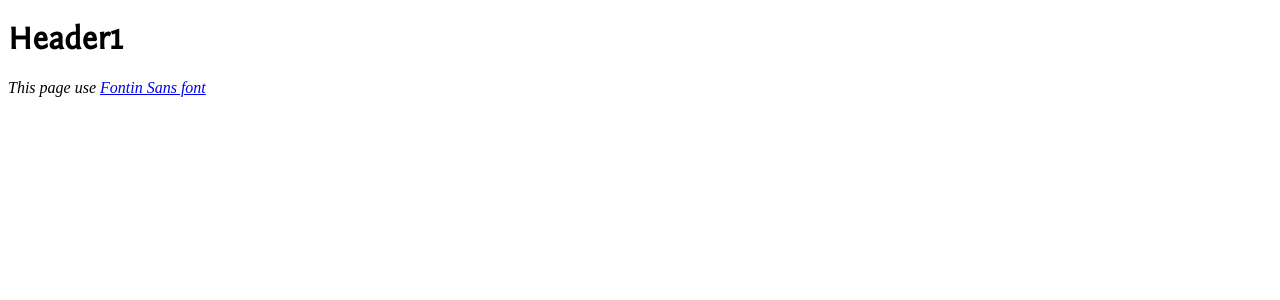
Repository: lixinso/html5
Page: workspace/CSS3/WebContent/text_styles/text-local-font.html
The author's editor kept a copy of each file at every save. The page is drawn from the files as they stood at one save, then again after the next save.
The browser window is 1280 px wide. The pictures show the whole page.

Above is the page before, as saved 2011-05-28 00:43:21.

### workspace/CSS3/WebContent/text_styles/text-local-font.html
<?xml version="1.0" encoding="UTF-8" ?>
<!DOCTYPE html PUBLIC "-//W3C//DTD XHTML 1.0 Transitional//EN" "http://www.w3.org/TR/xhtml1/DTD/xhtml1-transitional.dtd">
<html xmlns="http://www.w3.org/1999/xhtml">
<head>
<meta http-equiv="Content-Type" content="text/html; charset=UTF-8" />
<title>Insert title here</title>
<style type="text/css">

	@font-face{
		font-family: WebFont;
		src: url("FontinSans_49/Fontin_Sans_R_45b.otf") format("opentype");
		font-weight: normal;
	}

	h1{
		font-family: WebFont;

	}

</style>
</head>
<body>
	<h1>Header1</h1>
	<address>
		This page use <a href="http://www.exljbris.com/fontinsans.html">Fontin Sans font</a>
	</address>

</body>
</html>

After the next save:
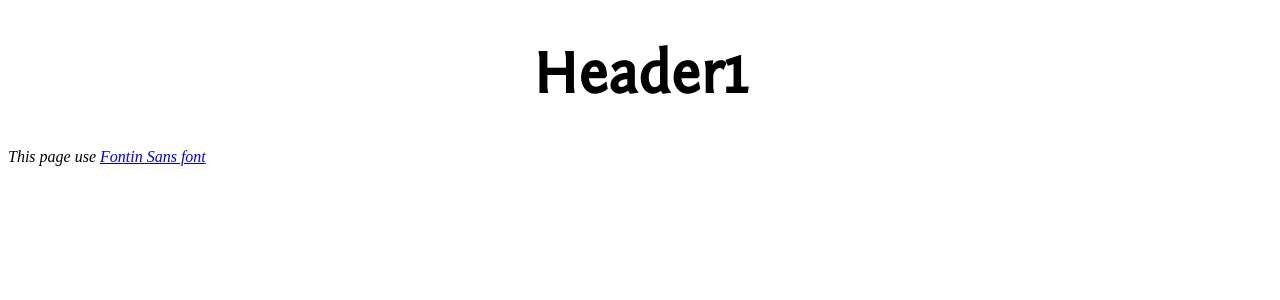
Saved 14 s later.
--- a/workspace/CSS3/WebContent/text_styles/text-local-font.html
+++ b/workspace/CSS3/WebContent/text_styles/text-local-font.html
@@ -14,6 +14,8 @@
 
 	h1{
 		font-family: WebFont;
+		font-size: 60px;
+		text-align: center;
 
 	}
 
